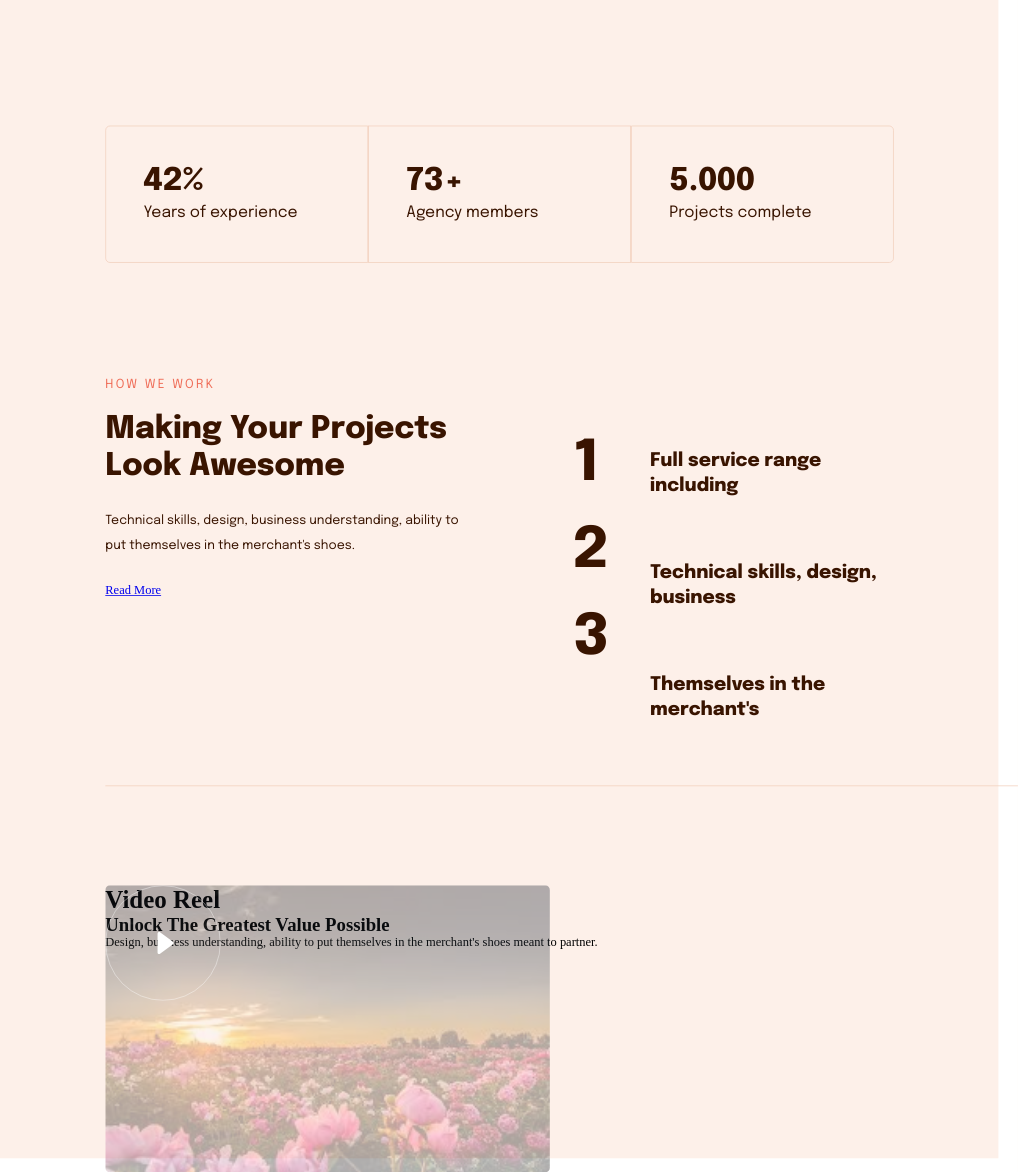
Repository: AytacJafarova/task2
Page: index.html
An editor plug-in stored every save of this project. The page is shown before and after the next save, followed by the edit.
The browser window is 1280 px wide. The page is 1305 px wide, so the pictures cover 1305 px, including what lies to the right of the window. The pictures show the whole page, at 78% of full size.

Above is the page before, as saved 2023-08-01 14:15:29.

After the next save:
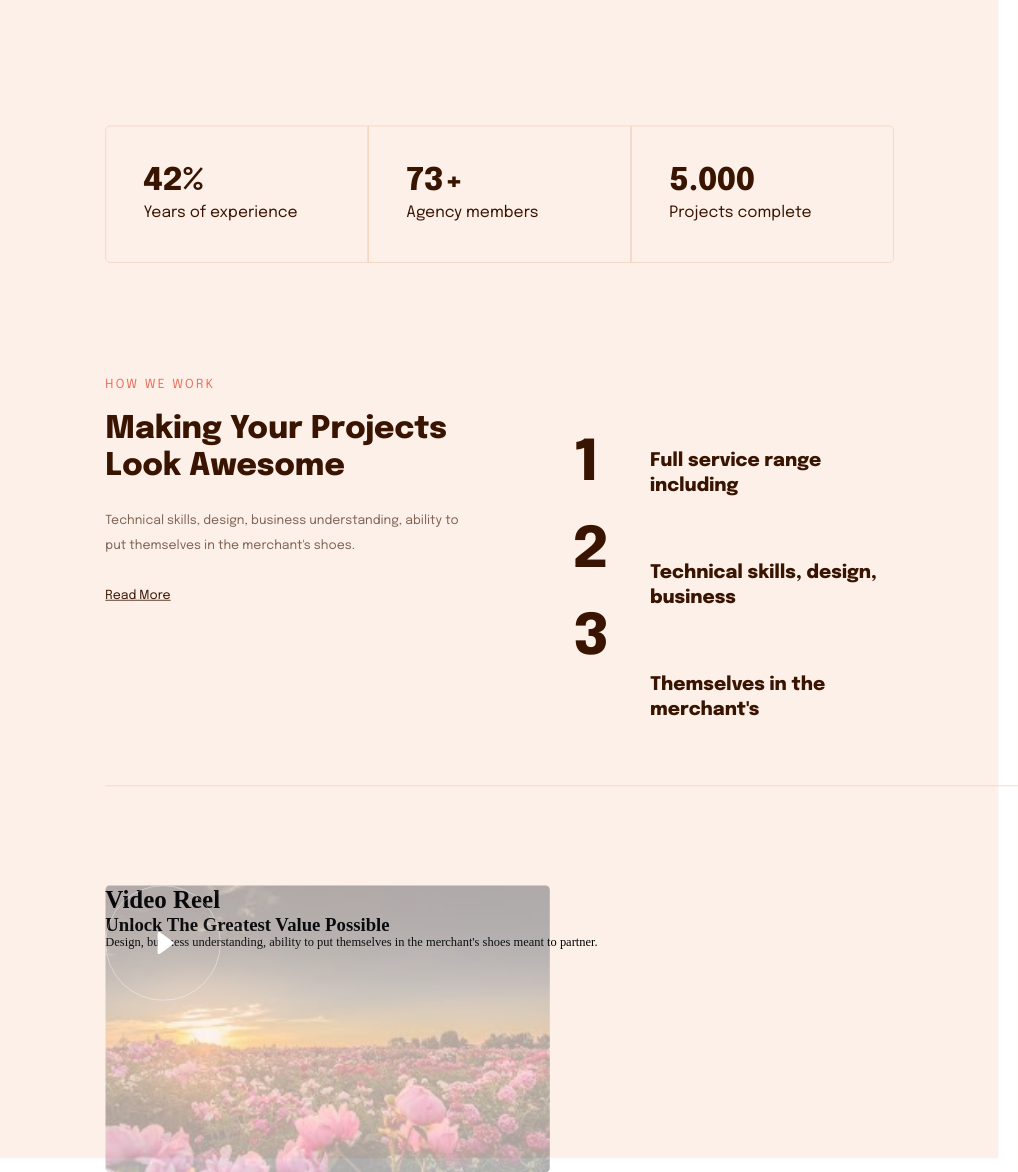
Saved 6 s later.
--- a/index.css
+++ b/index.css
@@ -87,7 +87,7 @@ font-weight: 400;
 line-height: 32px;
 margin-bottom: 28px;
 }
-.box1 p {
+.box1 a {
     color: var(--text-dark, #391400);
 font-feature-settings: 'clig' off, 'liga' off;
 font-family: Epilogue;
